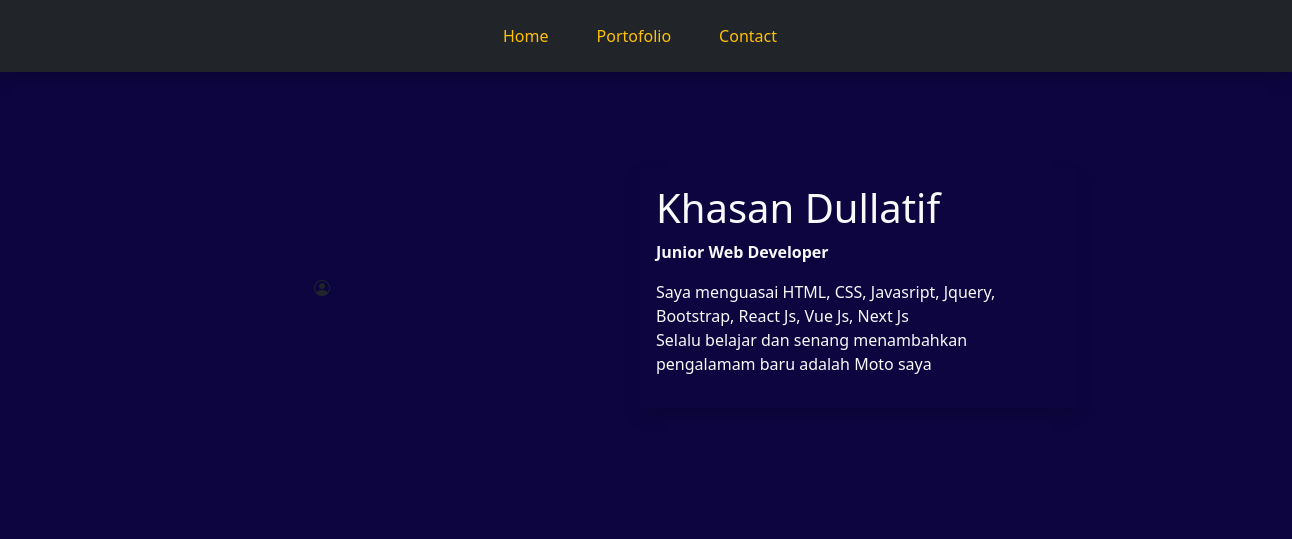
Repository: AHSANS354/Tugas-MSIB-5-GitHub
Page: tugas/tugas bootsrap/Home.html
An editor plug-in stored every save of this project. The page is shown before and after the next save, followed by the edit.
The browser window is 1280 px wide. The page is 1292 px wide, so the pictures cover 1292 px, including what lies to the right of the window. The pictures show the whole page.

Above is the page before, as saved 2023-09-19 17:01:43.

### tugas/tugas bootsrap/Home.html
<!DOCTYPE html>
<html lang="en">
  <head>
    <meta charset="utf-8" />
    <meta name="viewport" content="width=device-width, initial-scale=1" />
    <title>Bootstrap demo</title>
    <link href="https://cdn.jsdelivr.net/npm/bootstrap@5.3.2/dist/css/bootstrap.min.css" rel="stylesheet" integrity="sha384-T3c6CoIi6uLrA9TneNEoa7RxnatzjcDSCmG1MXxSR1GAsXEV/Dwwykc2MPK8M2HN" crossorigin="anonymous" />
    <link rel="stylesheet" href="https://cdn.jsdelivr.net/npm/bootstrap-icons@1.11.1/font/bootstrap-icons.css" />
    <style>
      body {
        background-color: #0d0540;
      }
    </style>
  </head>
  <body>
    <div class="home">
      <div class="row">
        <ul class="nav justify-content-center bg-dark p-3 gap-3 shadow">
          <li class="nav-item">
            <a class="nav-link text-warning" href="home.html">Home</a>
          </li>
          <li class="nav-item">
            <a class="nav-link text-warning" href="portofolio.html">Portofolio</a>
          </li>
          <li class="nav-item">
            <a class="nav-link text-warning" href="contact.html">Contact</a>
          </li>
        </ul>
      </div>
      <div class="row mt-5 pt-5 d-flex align-items-center">
        <div class="col-6 d-flex justify-content-end">
          <img src="" alt="" class="bi bi-person-circle w-50" />
        </div>
        <div class="col-4 shadow p-3 text-light">
          <h1>Khasan Dullatif</h1>
          <p><strong>Junior Web Developer</strong></p>
          <p>
            Saya menguasai HTML, CSS, Javasript, Jquery, Bootstrap, React Js, Vue Js, Next Js <br />
            Selalu belajar dan senang menambahkan pengalamam baru adalah Moto saya
          </p>
        </div>
      </div>
    </div>
    <script src="https://cdn.jsdelivr.net/npm/bootstrap@5.3.2/dist/js/bootstrap.bundle.min.js" integrity="sha384-C6RzsynM9kWDrMNeT87bh95OGNyZPhcTNXj1NW7RuBCsyN/o0jlpcV8Qyq46cDfL" crossorigin="anonymous"></script>
  </body>
</html>

After the next save:
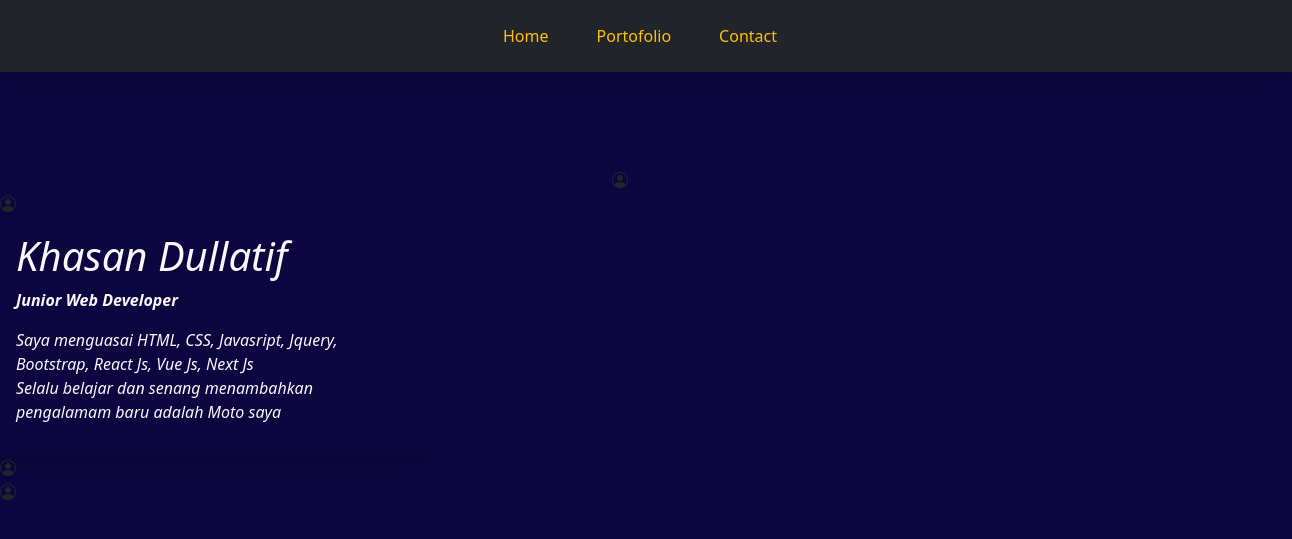
Saved 20 s later.
--- a/tugas/tugas bootsrap/Home.html
+++ b/tugas/tugas bootsrap/Home.html
@@ -29,7 +29,7 @@
       </div>
       <div class="row mt-5 pt-5 d-flex align-items-center">
         <div class="col-6 d-flex justify-content-end">
-          <img src="" alt="" class="bi bi-person-circle w-50" />
+          <i class="bi bi-person-circle" />
         </div>
         <div class="col-4 shadow p-3 text-light">
           <h1>Khasan Dullatif</h1>

After the save that followed:
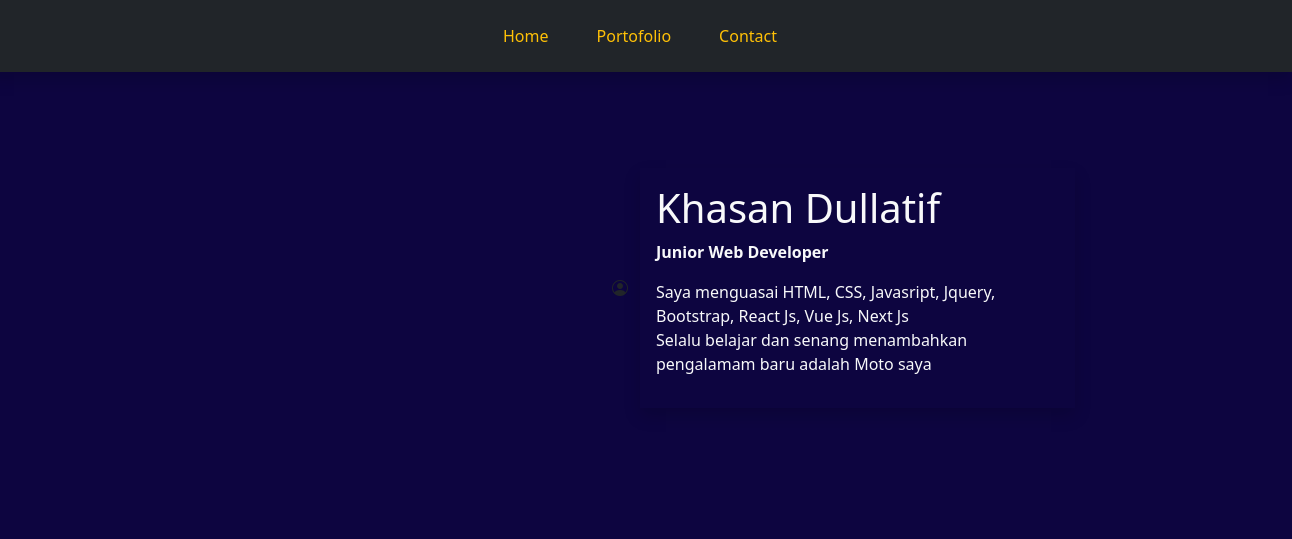
Saved 49 s later.
--- a/tugas/tugas bootsrap/Home.html
+++ b/tugas/tugas bootsrap/Home.html
@@ -29,7 +29,7 @@
       </div>
       <div class="row mt-5 pt-5 d-flex align-items-center">
         <div class="col-6 d-flex justify-content-end">
-          <i class="bi bi-person-circle" />
+          <i class="bi bi-person-circle"></i>
         </div>
         <div class="col-4 shadow p-3 text-light">
           <h1>Khasan Dullatif</h1>
